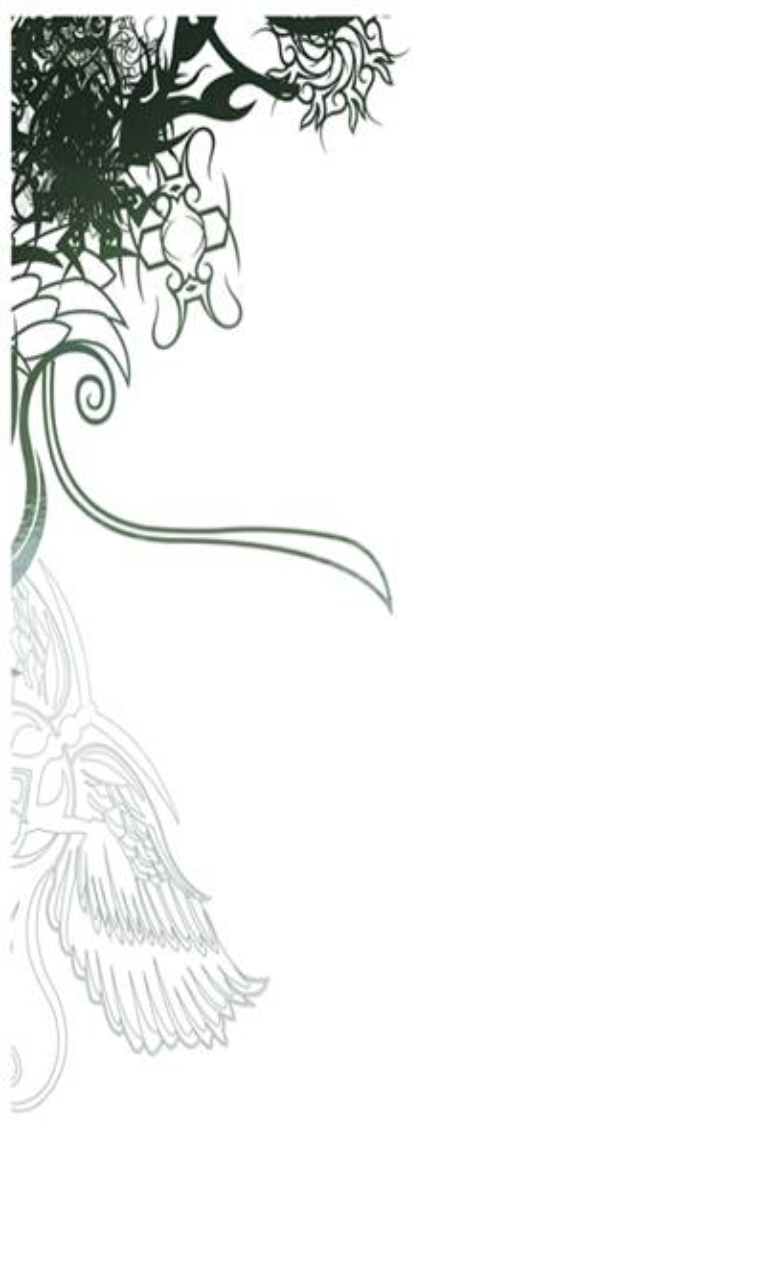
Repository: LewisLim579/2013TeamProject
Layout: PtsApp/res/layout/c_na.xml
The author's editor kept a copy of each file at every save. The layout is drawn from the files as they stood at one save, then again after the next save.
It is drawn on a 768 x 1280 px phone screen (xhdpi) without system bars, with theme android:Theme.NoTitleBar.Fullscreen; the app's code is not run.

Above is the layout before, as saved 2013-05-22 10:38:46.

### PtsApp/res/layout/c_na.xml
<?xml version="1.0" encoding="utf-8"?>
<RelativeLayout xmlns:android="http://schemas.android.com/apk/res/android"
    android:layout_width="match_parent"
    android:layout_height="match_parent"
    android:background="@drawable/back" >


</RelativeLayout>

After the next save:
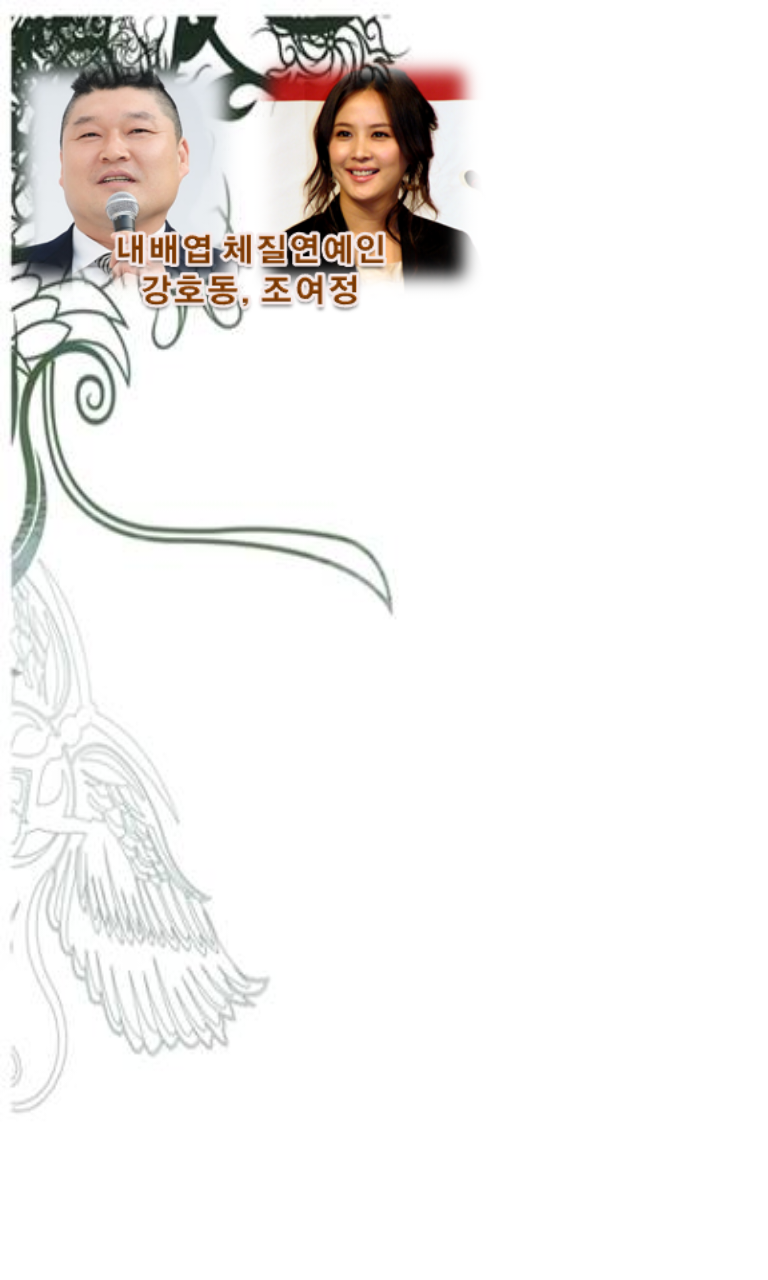
Saved 6 min 41 s later.
--- a/PtsApp/res/layout/c_na.xml
+++ b/PtsApp/res/layout/c_na.xml
@@ -4,5 +4,13 @@
     android:layout_height="match_parent"
     android:background="@drawable/back" >
 
+    <ImageView
+        android:id="@+id/imageView1"
+        android:layout_width="wrap_content"
+        android:layout_height="wrap_content"
+        android:layout_alignParentLeft="true"
+        android:layout_alignParentTop="true"
+        android:layout_marginTop="24dp"
+        android:src="@drawable/na_2" />
 
 </RelativeLayout>

After the save that followed:
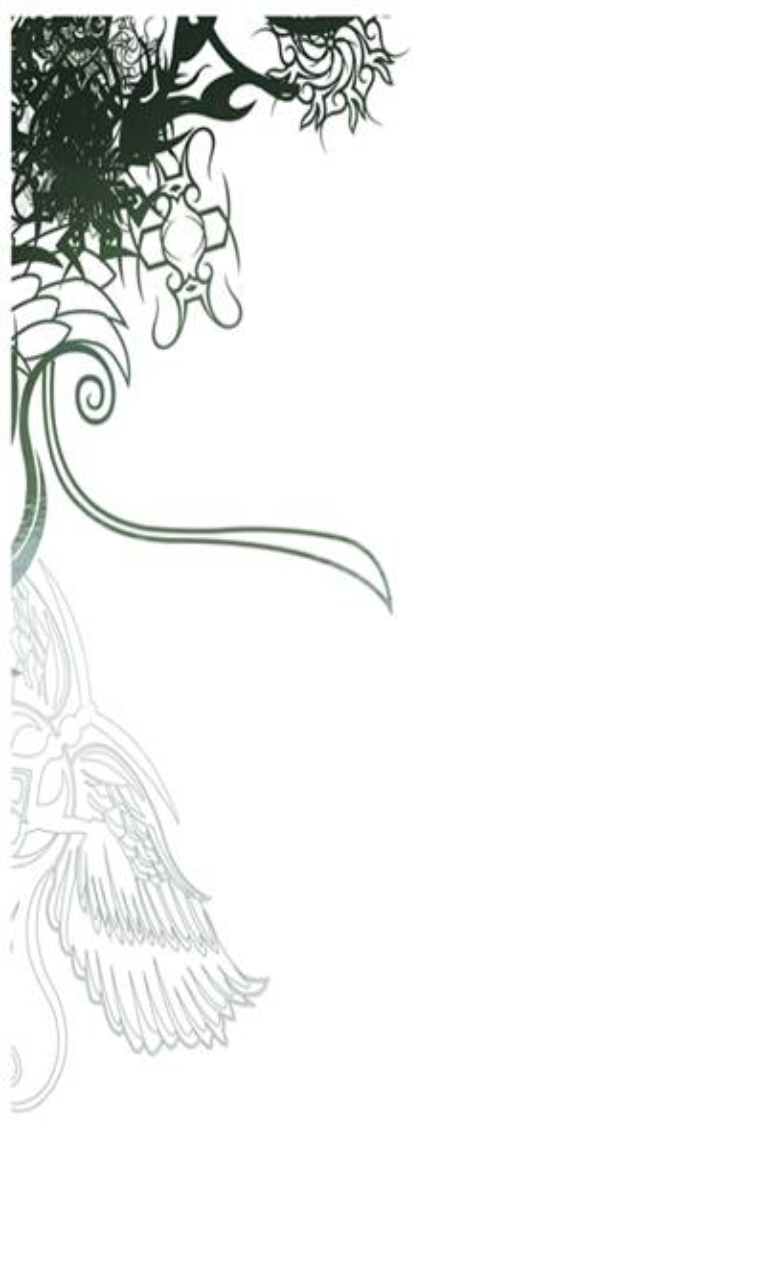
Saved 67 s later.
--- a/PtsApp/res/layout/c_na.xml
+++ b/PtsApp/res/layout/c_na.xml
@@ -4,13 +4,4 @@
     android:layout_height="match_parent"
     android:background="@drawable/back" >
 
-    <ImageView
-        android:id="@+id/imageView1"
-        android:layout_width="wrap_content"
-        android:layout_height="wrap_content"
-        android:layout_alignParentLeft="true"
-        android:layout_alignParentTop="true"
-        android:layout_marginTop="24dp"
-        android:src="@drawable/na_2" />
-
 </RelativeLayout>
